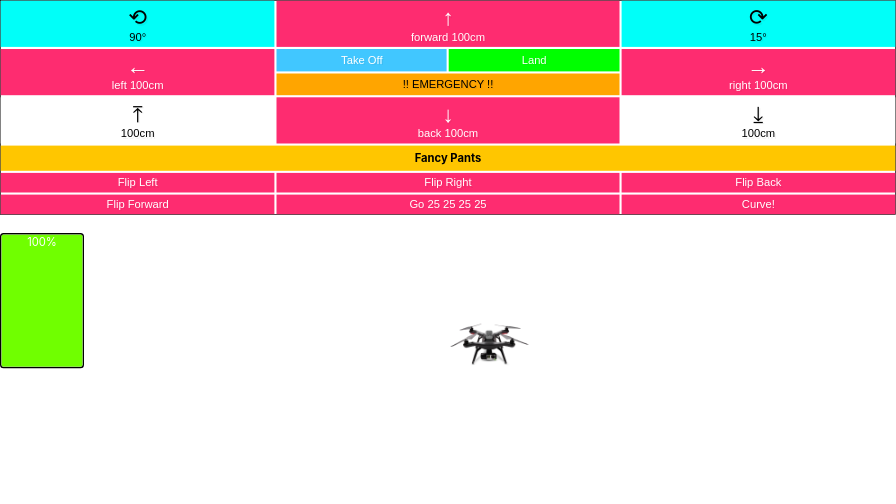
Repository: JivkoJelev91/Drone-Simulator
Page: /
An editor plug-in stored every save of this project. The page is shown before and after the next save, followed by the edit.
The browser window is 1280 px wide. The pictures show the part of the page from y = 0 to 1920 px (the page is 720 px tall before and 10337 px after), at 70% of full size.
The project was rebuilt for these pictures with package versions that can differ from the ones it lists, and the page was loaded fresh each time. Also part of the build but not shown: src/App.css.

Above is the page before, as saved 2018-12-18 11:23:53.

### src/index.css
body {
  margin: 0;
  padding: 0;
  font-family: -apple-system, BlinkMacSystemFont, "Segoe UI", "Roboto", "Oxygen",
    "Ubuntu", "Cantarell", "Fira Sans", "Droid Sans", "Helvetica Neue",
    sans-serif;
  -webkit-font-smoothing: antialiased;
  -moz-osx-font-smoothing: grayscale;
}

code {
  font-family: source-code-pro, Menlo, Monaco, Consolas, "Courier New",
    monospace;
}

.view{
  display:flex;
  padding-top:2%;

}

.parentDrone{
  width:100%;
  padding-top: 10%;
  display:flex;
  justify-content: center;
}

.drone img {
  width: 100%;
}

.drone{
  width:10%;
}

.batteryStyles{
  width: 10%;
  border: 2px solid black;
  border-radius: 5px;
  overflow: hidden;
  display: flex;
  flex-direction: column-reverse;
  background-color: '#bb0707';
}

.batteryLevel {
  transition: all 0.5s;
  height: 100%;
  text-align: center;
  color: white;
  display: block;
  background: var(--color);
  background: #70ff00;
}

### src/App.js
import React, { Component } from 'react';
import Buttons from './Buttons/Buttons';
import Battery from './Buttons/Battery';
import Drone from './Drone'
import styled from 'styled-components';
import './App.css';

class App extends Component {
  render() {
    return (
      <div className="App">
          <Buttons />
          <div className="view">
            <Battery />
            <Drone />
          </div>
      </div>
    );
  }
}

export default App;

### src/Buttons/Buttons.js
import styled from 'styled-components';
import React  from 'react';
import Commands from './Commands.js'


const CommandGrid = styled.div`
  display: grid;
  grid-template-columns: 1fr 1.25fr 1fr;
  grid-template-rows: repeat(3, 1fr);
  border: 1px solid black;
  grid-gap: 3px;
  button {
    text-shadow: 2px 2px 0 rgba(0, 0, 0, 0.05);
    border: 0;
    background: #fe2c70;
    border: 4px solid transparent;
    color: white;
    font-size: 1rem;
    position: relative;
    &:active {
      top: 2px;
    }
    &:focus {
      outline: 0;
      border-color: #ffc600;
    }
    &.takeoff {
      background: #41c7ff;
    }
    &.land {
      background: #00ff00;
    }
    &.emergency {
      background: orange;
      text-transform: uppercase;
      color: black;
    }
    &.rotate {
      background: #00fff9;
      color: black;
    }
    &.height {
      background: #fff;
      color: black;
    }
    span.symbol {
      display: block;
      font-size: 2rem;
      font-weight: 400;
    }
  }
  .center {
    display: grid;
    grid-gap: 3px;
    grid-template-columns: 1fr 1fr;
    button:last-child {
      grid-column: span 2;
    }
  }
  h2 {
    grid-column: 1 / -1;
    background: #ffc600;
    margin: 0;
    font-size: 1rem;
    text-align: center;
    padding: 0.5rem;
    color: black;
  }
`;

// function (command) {
//   return function() {
//     console.log(`Sending the command ${command}`);
//     socket.emit('command', command);
//   };
// }

const amount = 100;
const Buttons = () => (
  <CommandGrid>
    <button className="rotate" onClick={Commands.rotate}>
      <span className="symbol">⟲</span> 90°
    </button>
    <button onClick={Commands.forward}>
      <span className="symbol">↑</span> forward {amount}cm
    </button>
    <button className="rotate" onClick={Commands.rotate}>
      <span className="symbol">⟳</span> 15°
    </button>
    <button onClick={Commands.left}>
      <span className="symbol">←</span> left {amount}cm
    </button>
    <div className="center">
      <button className="takeoff" onClick={console.log('works')}>
        Take Off
      </button>
      <button className="land" onClick={console.log('works')}>
        Land
      </button>
      <button className="emergency" onClick={console.log('works')}>
        !! emergency !!
      </button>
    </div>
    <button onClick={console.log('works')}>
      <span className="symbol">→</span>
      right {amount}cm
    </button>
    <button className="height" onClick={console.log('works')}>
      <span className="symbol">⤒</span> {amount}cm
    </button>
    <button onClick={console.log('works')}>
      <span className="symbol">↓</span> back {amount}cm
    </button>
    <button className="height" onClick={console.log('works')}>
      <span className="symbol">⤓</span> {amount}cm
    </button>
    <h2>Fancy Pants</h2>
    <button onClick={console.log('works')}>Flip Left</button>
    <button onClick={console.log('works')}>Flip Right</button>
    <button onClick={console.log('works')}>Flip Back</button>
    <button onClick={console.log('works')}>Flip Forward</button>
    <button onClick={console.log('works')}>Go 25 25 25 25</button>
    <button onClick={console.log('works')}>
      Curve!
    </button>
  </CommandGrid>
);

export default Buttons;

### src/Buttons/Battery.js
import React, {Component}  from 'react';

class Battery extends Component {
  constructor(){
    super();
    this.state = {
      batteryLevel: 10000
    }
    this.countdown = null;
    this.counter = 0;
  }

  lowBattery = () => {
      this.setState({
        batteryLevel: ((10000 - this.counter++) / 100).toFixed(0)
      })
  }

  componentDidMount() {
    this.countdown = setInterval(this.lowBattery, 1000);
  }

  componentWillUnmount() {
    if(this.batteryLevel === 0) clearInterval(this.countdown);
  }

  render() {
    return (
      <div className="batteryStyles">
          <span className="batteryLevel">{this.state.batteryLevel}%</span>
      </div>
    );
  }
}

export default Battery;

### src/Drone.js
import React, { Component } from 'react';
import dronePic from './images/drone.png'

class Drone extends Component {
  constructor(){
    super()
  }
  render() {
    return (
    <div className="parentDrone">
      <div className="drone">
        <img src={dronePic} alt="drone"/>
      </div>
    </div>
    );
  }
}

export default Drone;

### src/Buttons/Commands.js


export default {
    rotate(){
        return console.log('rotate!!');
    },
    forward(){
        return console.log('forward');
    },
    back(){
        return console.log('back');
    },
    left(){
        return console.log('left');
    },
    right(){
        return console.log('right');
    },
}

Loaded but not shown: public/index.html (common file); src/index.js (common file); src/serviceWorker.js (common file)

After the next save:
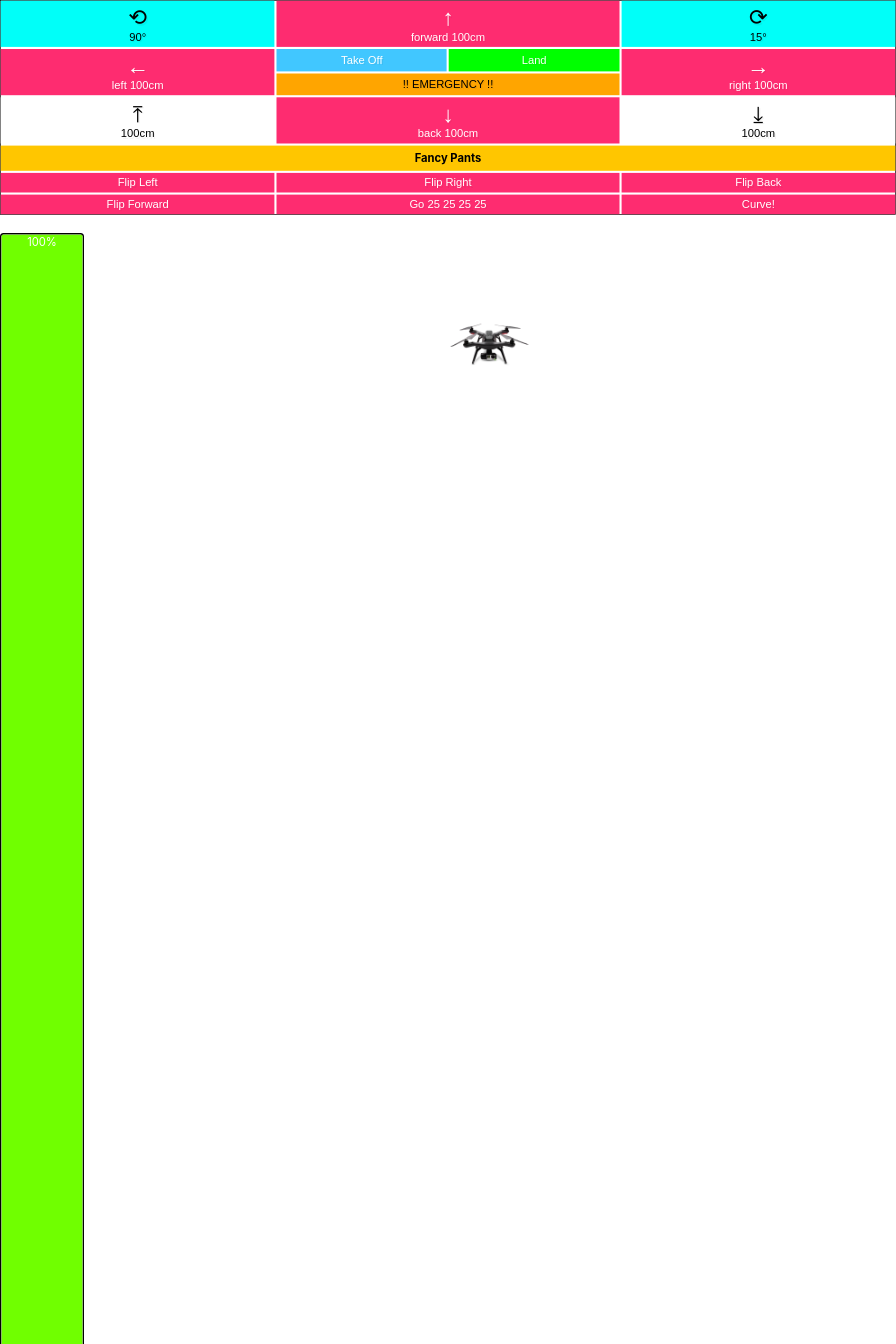
Saved 81 s later.
--- a/src/Buttons/Battery.js
+++ b/src/Buttons/Battery.js
@@ -27,7 +27,7 @@
   render() {
     return (
       <div className="batteryStyles">
-          <span className="batteryLevel">{this.state.batteryLevel}%</span>
+          <span className="batteryLevel" style={{height: this.state.batteryLevel}}>{this.state.batteryLevel}%</span>
       </div>
     );
   }

After the 3 saves that followed:
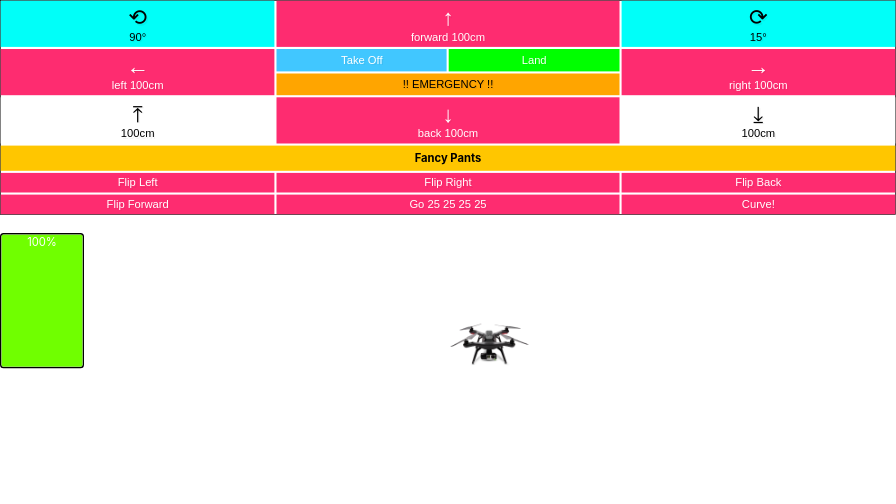
The 3 saves are shown as one change because 1 did not build or start and 1 left the picture as it was.
The last was saved 70 s later.
--- a/src/index.css
+++ b/src/index.css
@@ -41,7 +41,6 @@
   overflow: hidden;
   display: flex;
   flex-direction: column-reverse;
-  background-color: '#bb0707';
 }
 
 .batteryLevel {
--- a/src/Buttons/Battery.js
+++ b/src/Buttons/Battery.js
@@ -27,7 +27,7 @@
   render() {
     return (
       <div className="batteryStyles">
-          <span className="batteryLevel" style={{height: this.state.batteryLevel}}>{this.state.batteryLevel}%</span>
+          <span className="batteryLevel" style={{height: '100%'}}>{this.state.batteryLevel}%</span>
       </div>
     );
   }
